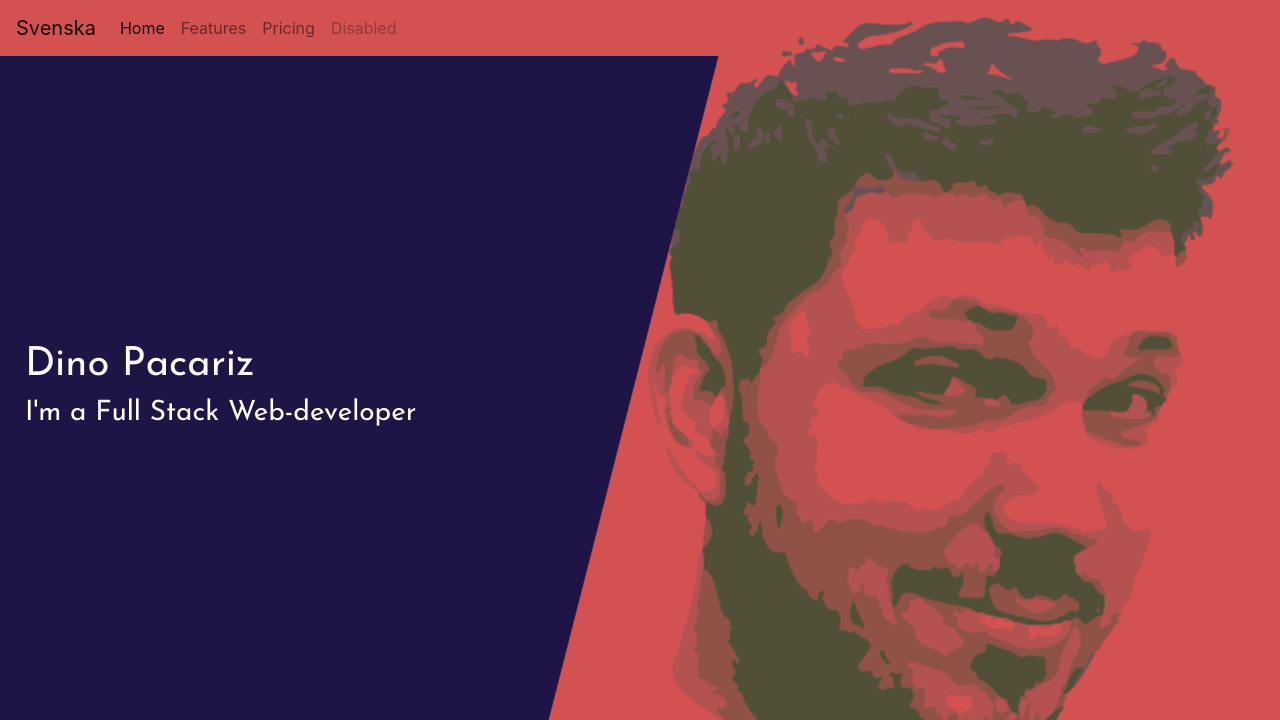
Repository: ImDino/Portfolio
Page: index.html
These files come from the project's save history. The page is drawn as it stood at one moment and after the next save; the edit follows.
The browser window is 1280 px wide. The pictures show the whole page.
Some web libraries are served in a nearby version. The style sheet was rebuilt from its Sass, Less or Tailwind sources for each picture, by a compiler version that may differ from the author's.

Above is the page before, as saved 2020-11-04 00:31:03.

After the next save:
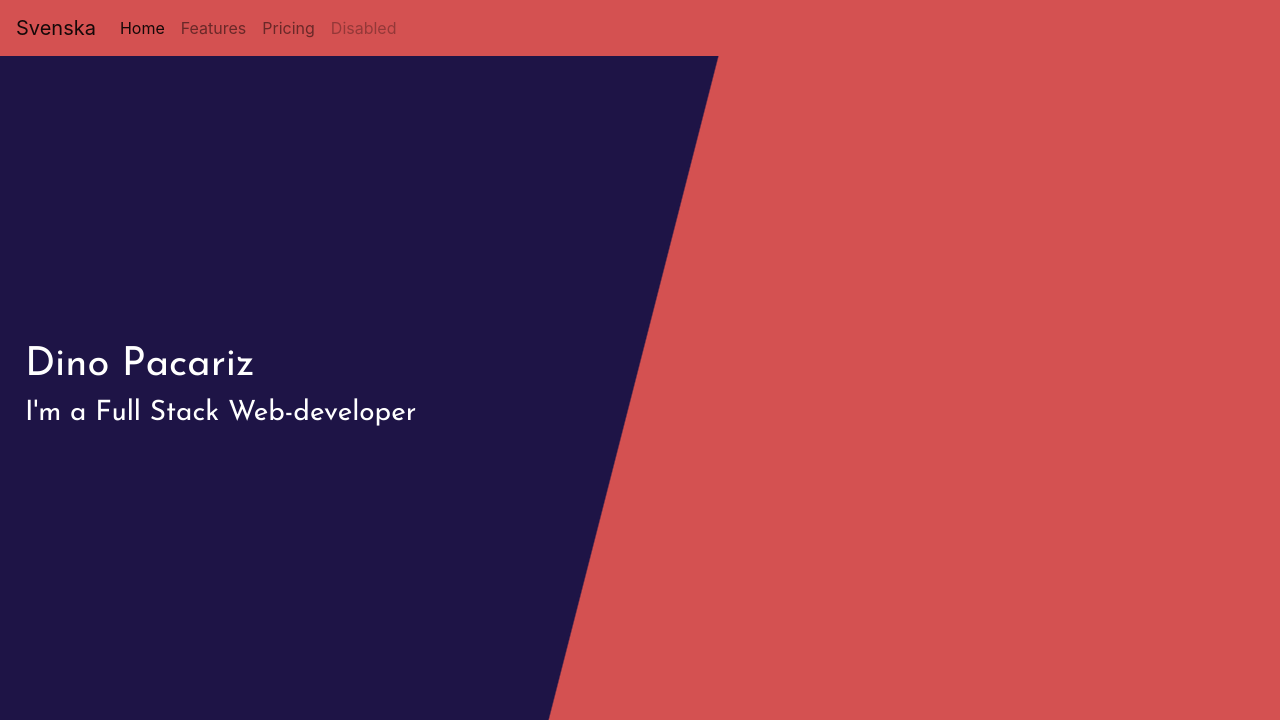
Saved 60 s later.
--- a/index.html
+++ b/index.html
@@ -45,7 +45,6 @@
         <h3>I'm a Full Stack Web-developer</h3>
     </div>
     <div id='face'>
-        <img src="img/vectorFace.png" alt="">
     </div>
 </body>
 </html>
